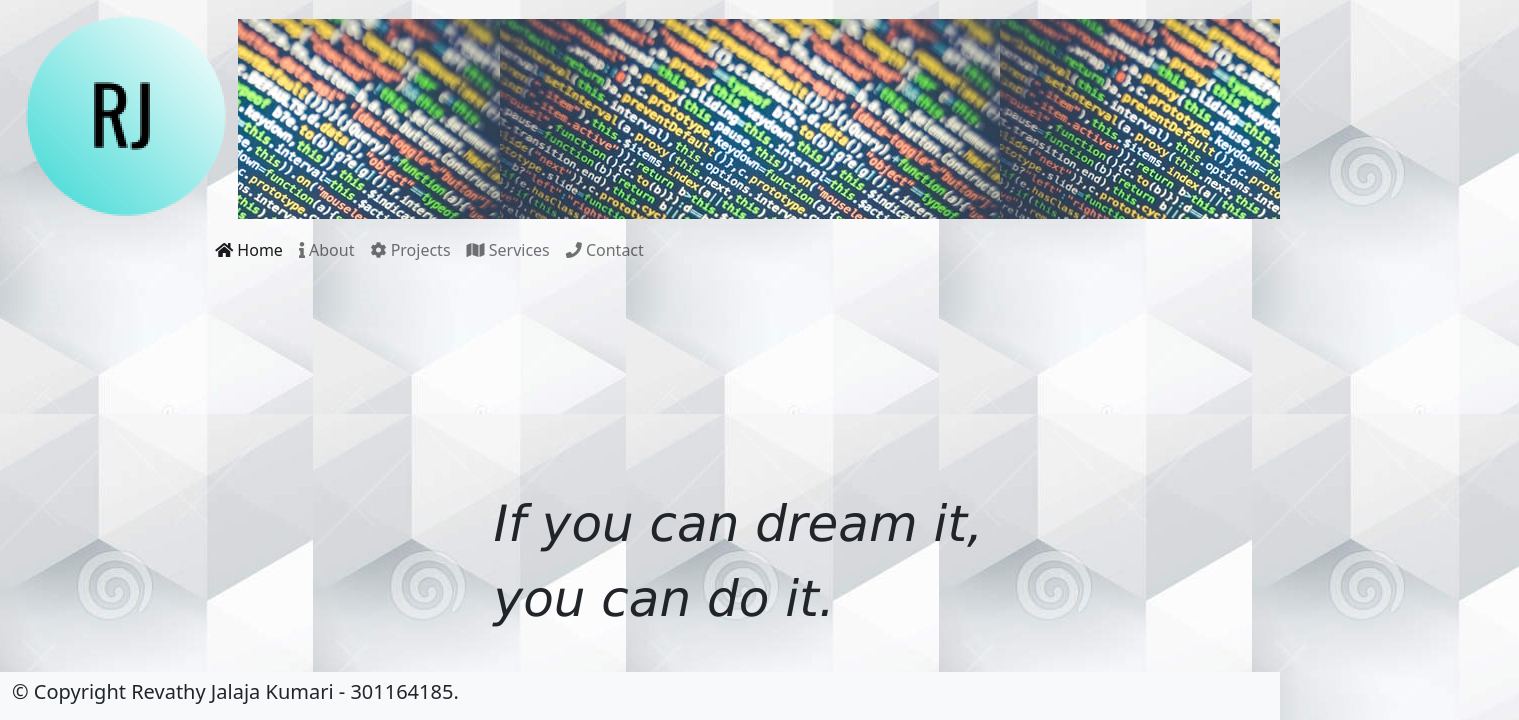
Repository: RevathyJK/Portfolio
Page: http://localhost/
The author's editor kept a copy of each file at every save. The page is drawn from the files as they stood at one save, then again after the next save.
The browser window is 1280 px wide. The page is 1519 px wide, so the pictures cover 1519 px, including what lies to the right of the window. The pictures show the whole page.
The page is served by the project's Node server (server.js).

Above is the page before, as saved 2021-10-01 18:16:40.

After the next save:
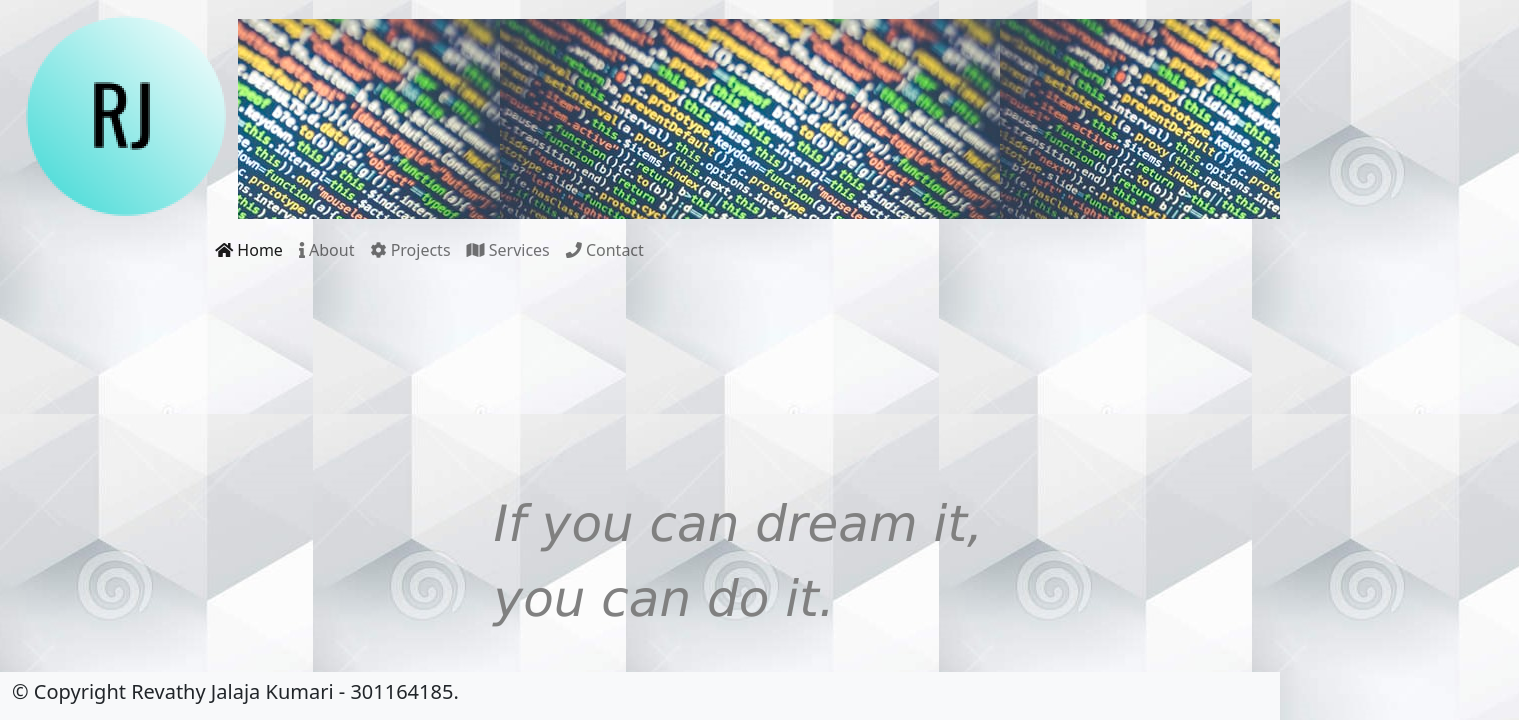
Saved 70 s later.
--- a/Client/Content/app.css
+++ b/Client/Content/app.css
@@ -87,7 +87,8 @@
       padding-left: 300px;
       padding-top: 200px;
       font-size: 50px;
-      font-family: 'Lucida Sans', 'Lucida Sans Regular', 'Lucida Grande', 'Lucida Sans Unicode', Geneva, Verdana, sans-serif;
+      font-family:'Lucida Sans', 'Lucida Sans Regular', 'Lucida Grande', 'Lucida Sans Unicode', Geneva, Verdana, sans-serif;
+      color:gray;
 
 
   }
